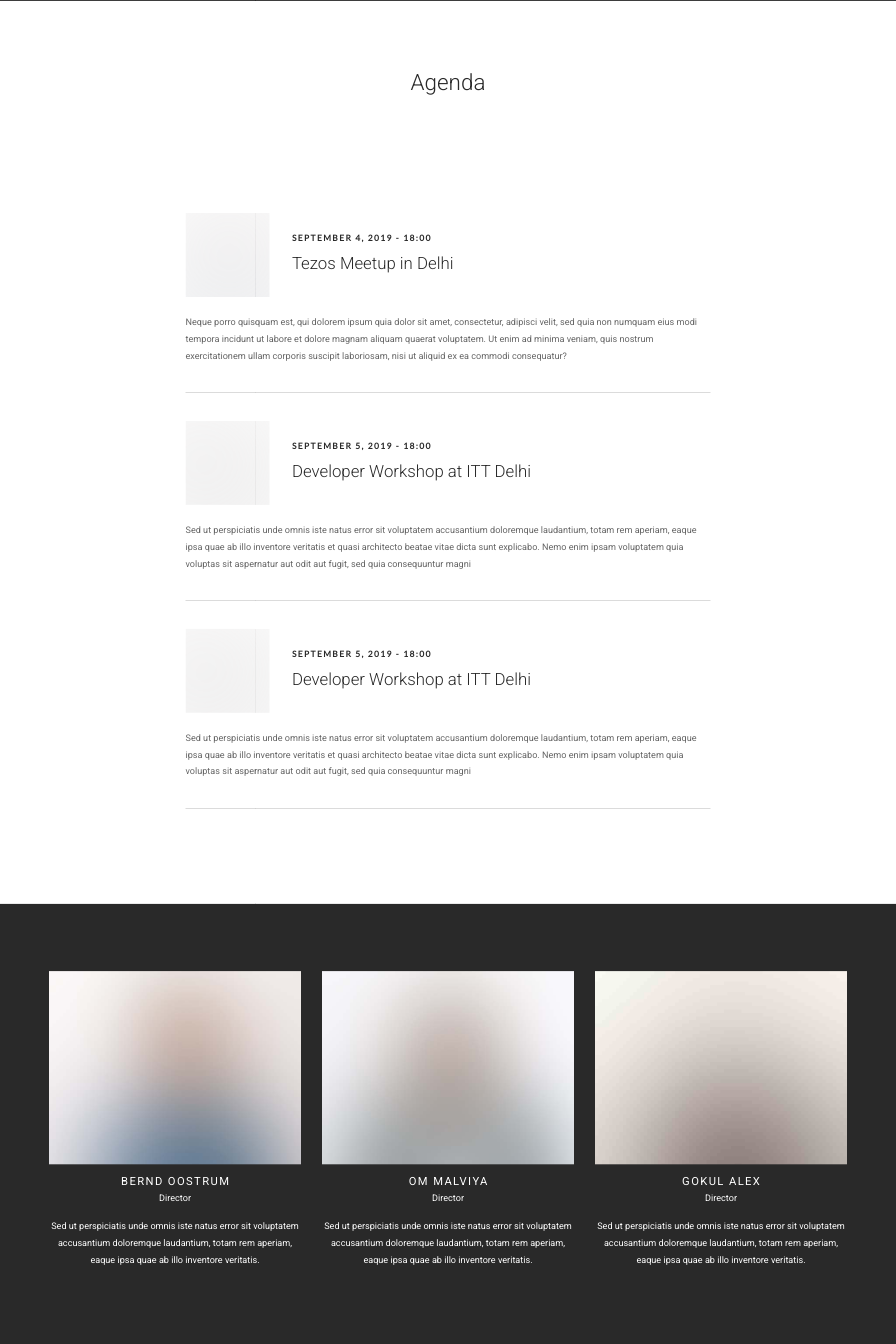
Repository: Tezos-India-Foundation/TIF-Website
Page: Tezos India Website/page.html
The author's editor kept a copy of each file at every save. The page is drawn from the files as they stood at one save, then again after the next save.
The browser window is 1280 px wide. The pictures show the part of the page from y = 1855 to 3775 px (the page is 4212 px tall before and 4133 px after), at 70% of full size.

Above is the page before, as saved 2019-08-06 15:18:59.

After the next save:
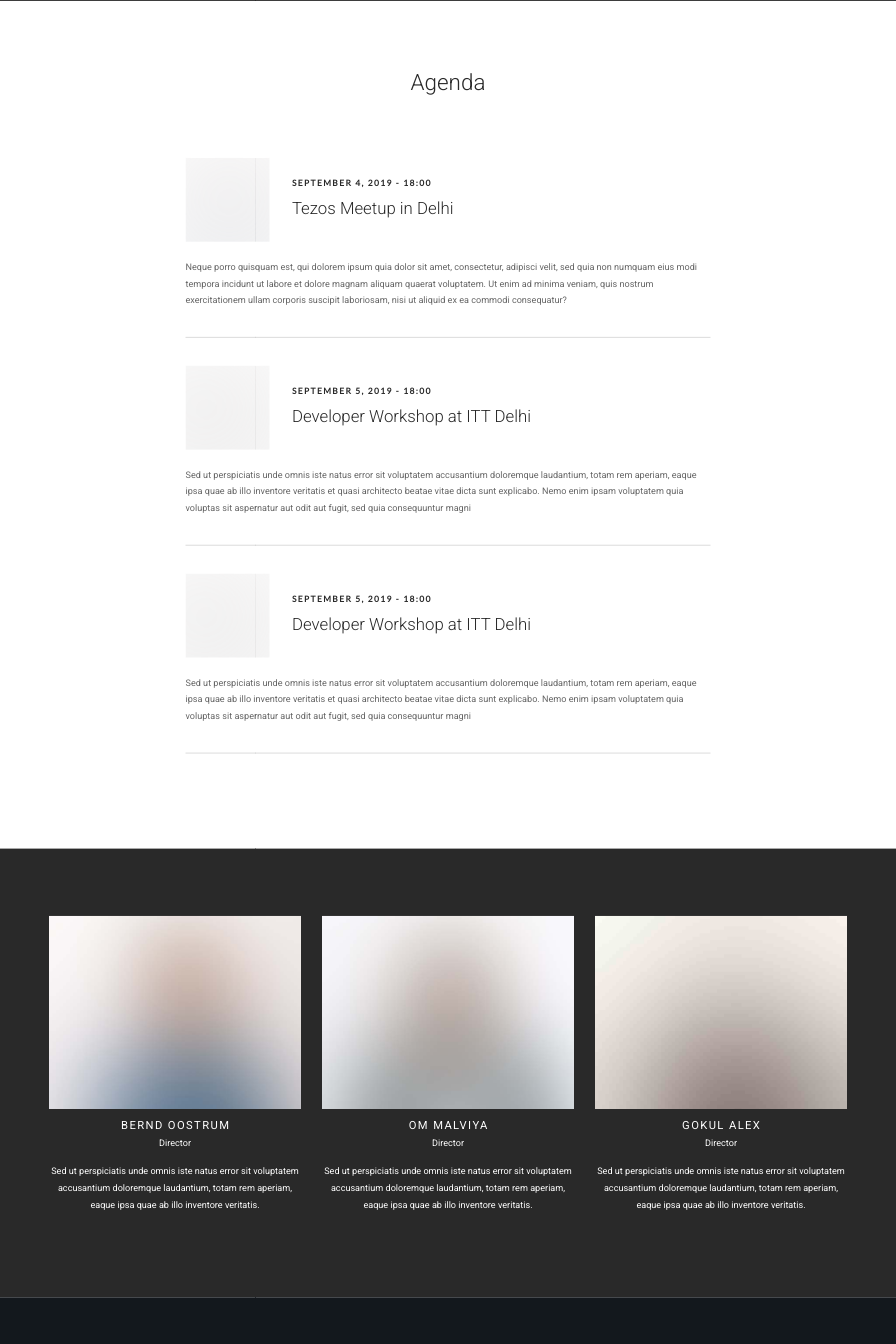
Saved 51 s later.
--- a/Tezos India Website/page.html
+++ b/Tezos India Website/page.html
@@ -255,8 +255,7 @@
 				<div class="row">
 					<div class="col-md-offset-2 col-md-8">
 						<div class="tabbed-content button-tabs">
-							<ul class="tabs thirds mb64 mb-xs-24">
-								<li class="active">
+
 
 									<div class="tab-content text-left">
 										<div>
@@ -311,8 +310,7 @@
 											<hr class="mt40 mb40 mt-xs-0 mb-xs-24">
 										</div>
 									</div>
-								</li>
-							</ul>
+
 						</div>
 
 					</div>

After the save that followed:
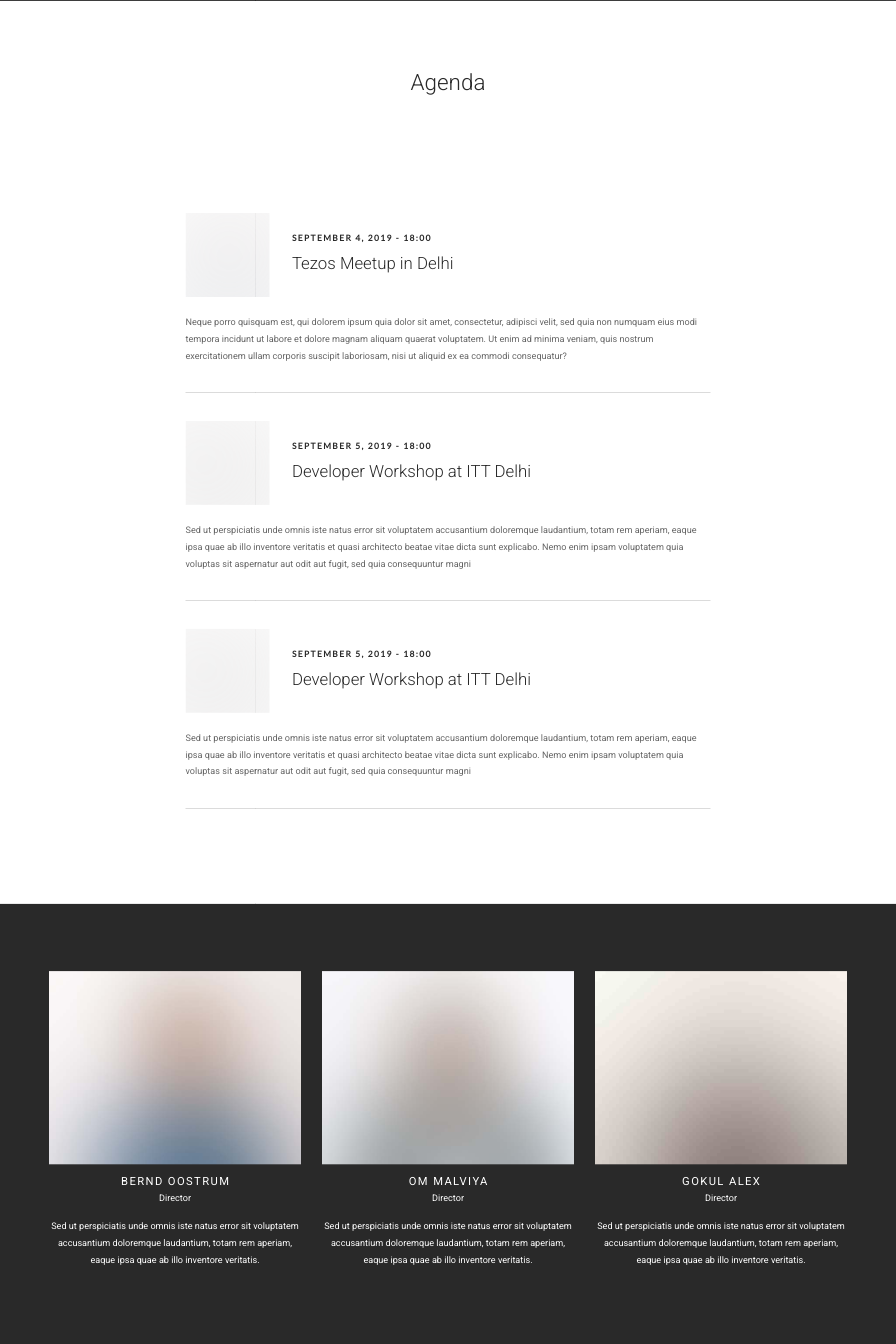
Saved 17 s later.
--- a/Tezos India Website/page.html
+++ b/Tezos India Website/page.html
@@ -255,7 +255,8 @@
 				<div class="row">
 					<div class="col-md-offset-2 col-md-8">
 						<div class="tabbed-content button-tabs">
-
+							<ul class="tabs thirds mb64 mb-xs-24">
+								<li class="active">
 
 									<div class="tab-content text-left">
 										<div>
@@ -310,7 +311,8 @@
 											<hr class="mt40 mb40 mt-xs-0 mb-xs-24">
 										</div>
 									</div>
-
+								</li>
+							</ul>
 						</div>
 
 					</div>
